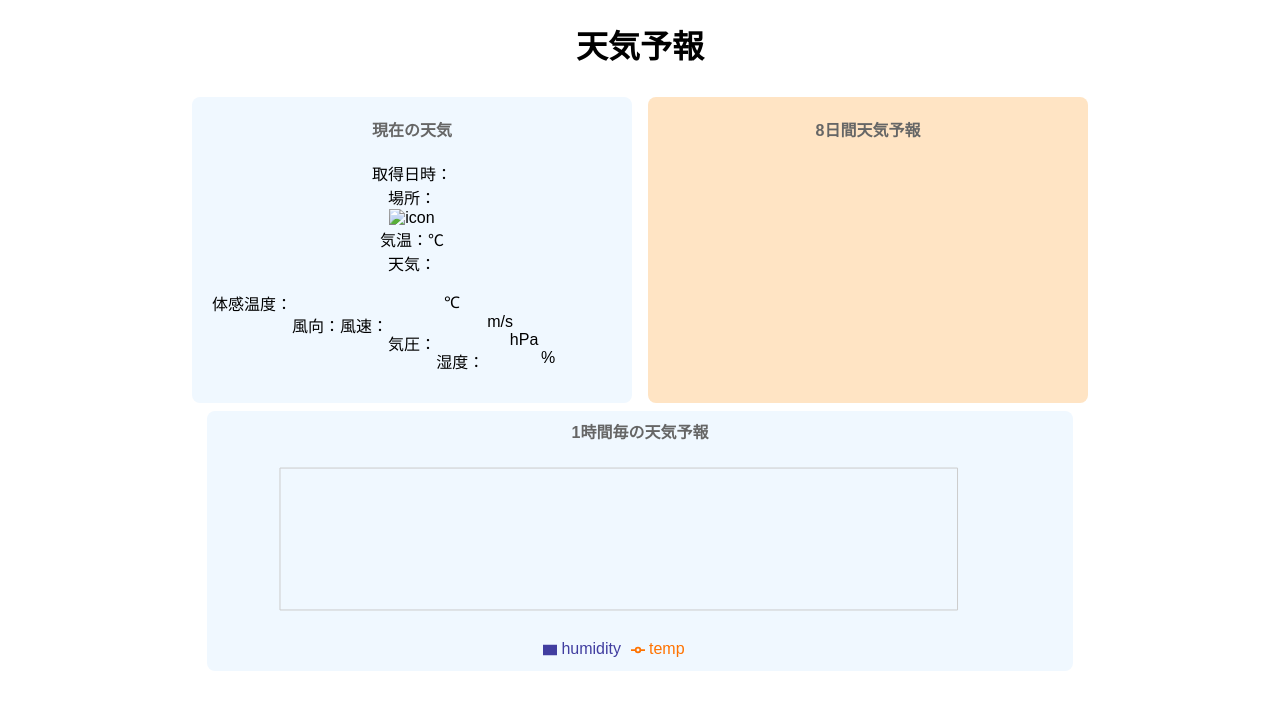
Repository: IshigureTomoki/weather-app
Page: /
The author's editor kept a copy of each file at every save. The page is drawn from the files as they stood at one save, then again after a run of saves.
The browser window is 1280 px wide. The pictures show the whole page.
The page's requests for data from a server got no answer. The project was rebuilt for these pictures with package versions that can differ from the ones it lists, and the page was loaded fresh each time. No one was signed in, and anything a server would have sent is missing.

Above is the page before, as saved 2022-02-25 14:48:51.

After the next 3 saves:
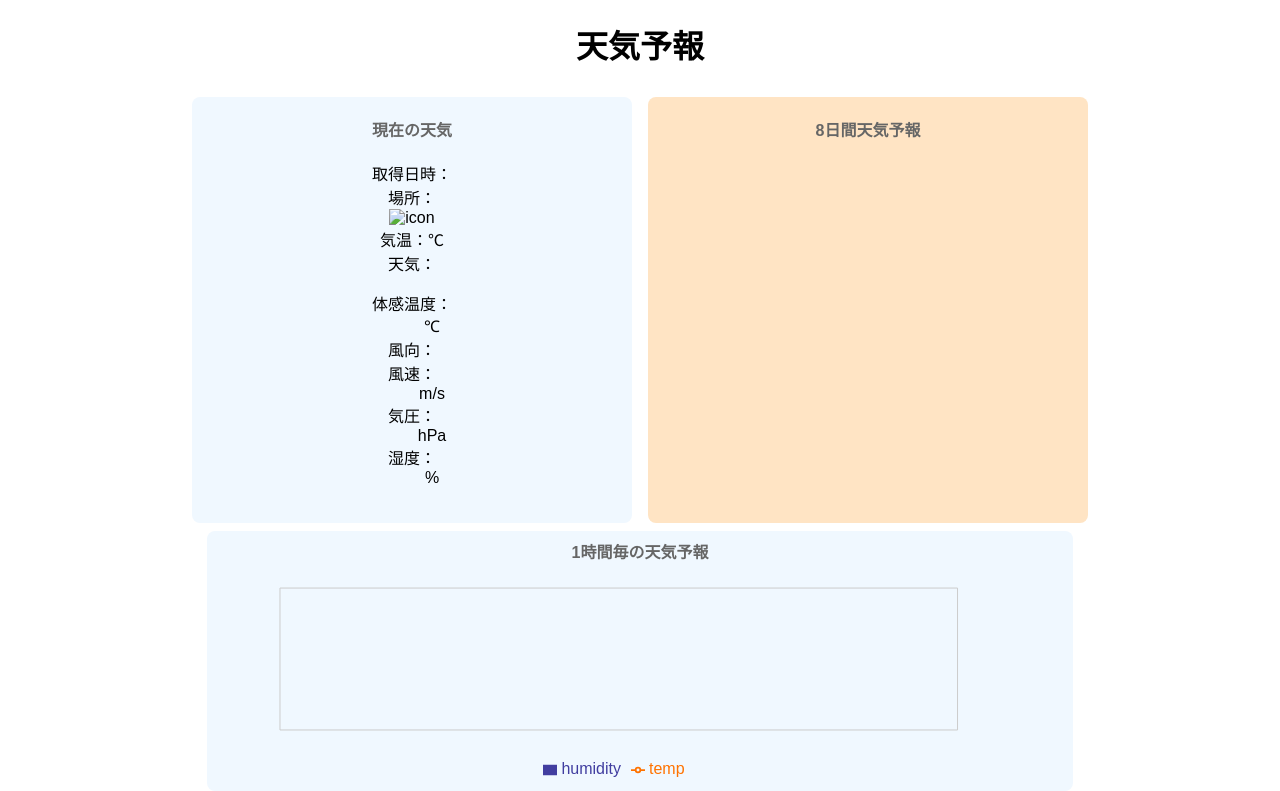
The 3 saves are shown as one change because they came seconds apart.
The last was saved 15 s later.
--- a/src/App.css
+++ b/src/App.css
@@ -18,6 +18,7 @@
   margin: 8px;
   border-radius: 8px;
 }
+.now
 
 dt {
   float: left;

After the 2 saves that followed:
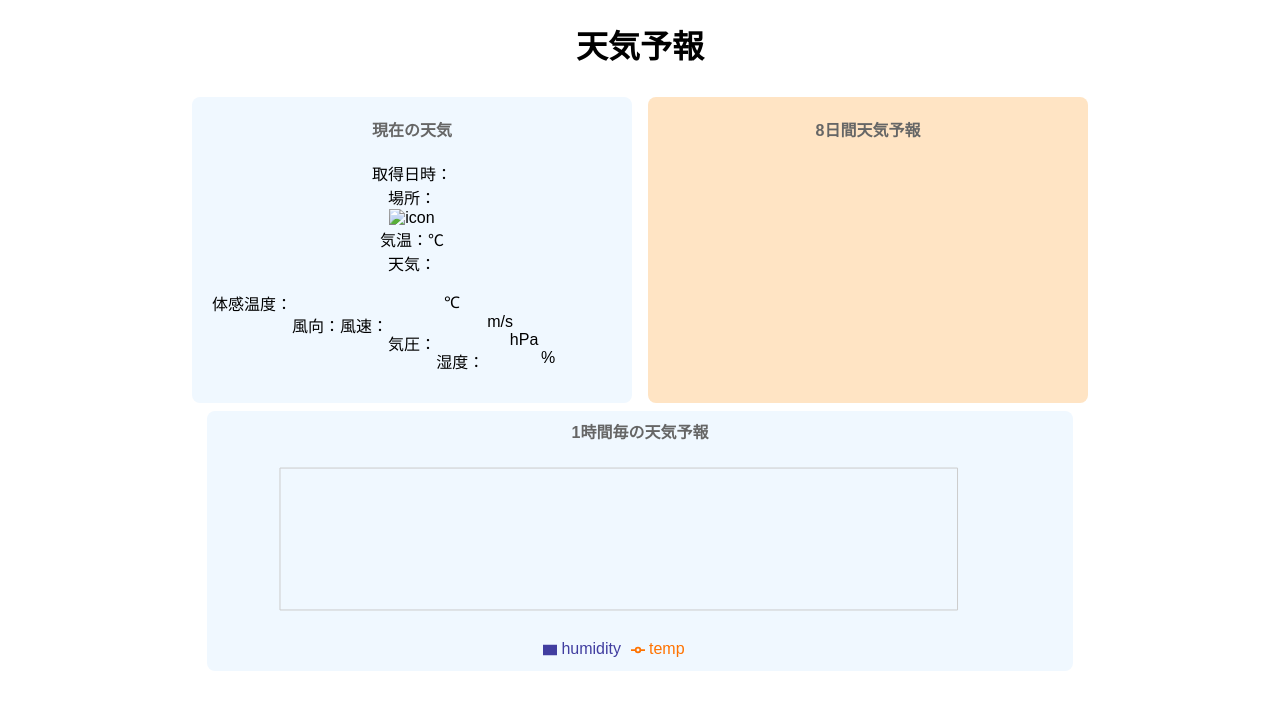
The 2 saves are shown as one change because they came seconds apart.
The last was saved 7 s later.
--- a/src/App.css
+++ b/src/App.css
@@ -18,7 +18,9 @@
   margin: 8px;
   border-radius: 8px;
 }
-.now
+.nowtime{
+
+}
 
 dt {
   float: left;
